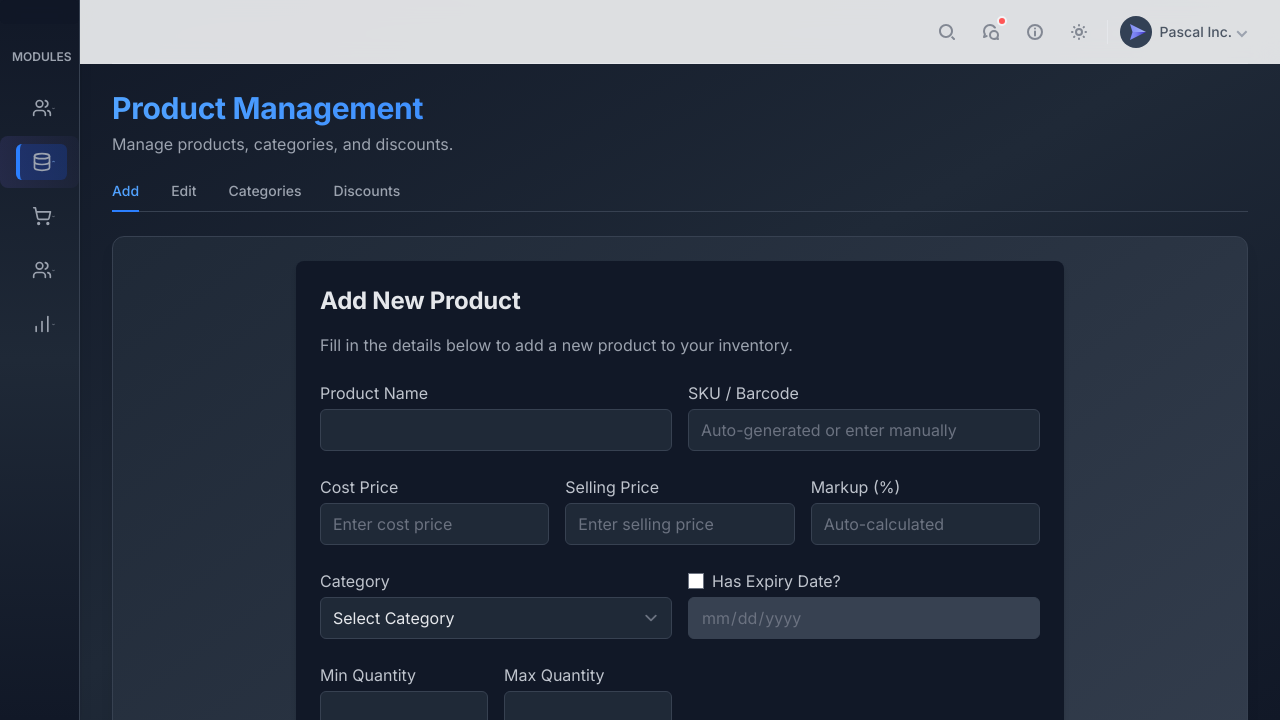
Repository: chykesure/grox-supermarket
Page: /products/add
The author's editor kept a copy of each file at every save. The page is drawn from the files as they stood at one save, then again after a run of saves.
The browser window is 1280 px wide. The pictures show the whole page.
The page's requests for data from a server got no answer. An inner scrolling area shows only its first screen. The project was rebuilt for these pictures with package versions that can differ from the ones it lists, and the page was loaded fresh each time. Some packages were replaced by stand-ins written for this rebuild. No one was signed in, and anything a server would have sent is missing. Also part of the build but not shown: vite.config.js, src/components/DropdownFilter.jsx, src/lib/utils.ts, src/components/ui/calendar.jsx, src/components/ui/popover.jsx, src/components/Datepicker.jsx, src/pages/pos/Dashboard.jsx, src/pages/Menu.jsx and 62 more.

Above is the page before, as saved 2025-11-12 18:34:42.

After the next 3 saves:
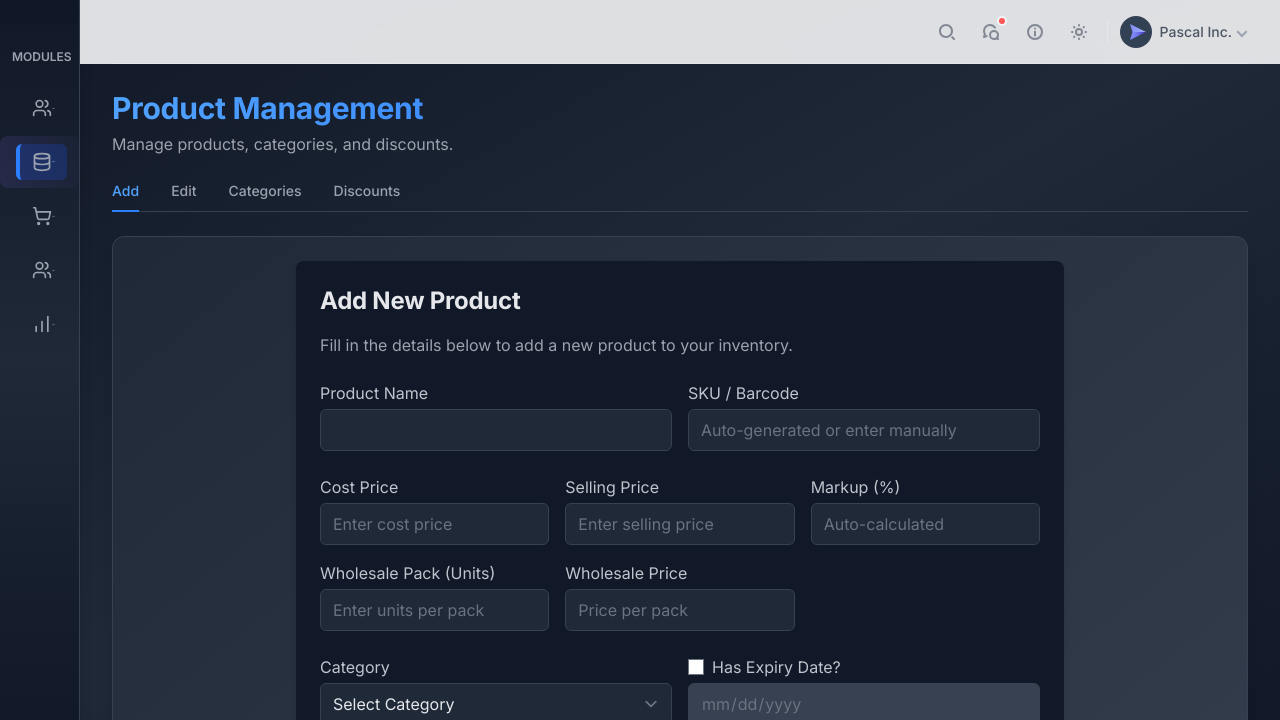
The 3 saves are shown as one change because they came seconds apart.
The last was saved 81 s later.
--- a/src/pages/pos/products/AddProduct.jsx
+++ b/src/pages/pos/products/AddProduct.jsx
@@ -202,6 +202,28 @@ function AddProduct() {
               className="w-full px-3 py-2 rounded-md bg-gray-800 border border-gray-700 cursor-not-allowed text-gray-400"
             />
           </div>
+          <div>
+            <label className="block mb-1 text-gray-300">Wholesale Pack (Units)</label>
+            <input
+              type="number"
+              name="wholesalePack"
+              value={product.wholesalePack}
+              onChange={handleChange}
+              placeholder="Enter units per pack"
+              className="w-full px-3 py-2 rounded-md bg-gray-800 border border-gray-700"
+            />
+          </div>
+          <div>
+            <label className="block mb-1 text-gray-300">Wholesale Price</label>
+            <input
+              type="number"
+              name="wholesalePrice"
+              value={product.wholesalePrice}
+              onChange={handleChange}
+              placeholder="Price per pack"
+              className="w-full px-3 py-2 rounded-md bg-gray-800 border border-gray-700"
+            />
+          </div>
         </div>
 
         {/* Row 3: Category + Expiry */}
@@ -244,11 +266,10 @@ function AddProduct() {
               value={product.expiryDate}
               onChange={handleChange}
               disabled={!hasExpiry}
-              className={`w-full px-3 py-2 rounded-md border border-gray-700 ${
-                hasExpiry
+              className={`w-full px-3 py-2 rounded-md border border-gray-700 ${hasExpiry
                   ? "bg-gray-800 text-gray-200"
                   : "bg-gray-700 text-gray-500 cursor-not-allowed"
-              }`}
+                }`}
             />
           </div>
         </div>
@@ -309,11 +330,10 @@ function AddProduct() {
           <button
             type="submit"
             disabled={isSubmitting}
-            className={`w-full md:w-auto px-6 py-2 rounded-md text-white transition ${
-              isSubmitting
+            className={`w-full md:w-auto px-6 py-2 rounded-md text-white transition ${isSubmitting
                 ? "bg-gray-600 cursor-not-allowed"
                 : "bg-blue-600 hover:bg-blue-500"
-            }`}
+              }`}
           >
             {isSubmitting ? "Adding Product..." : "Add Product"}
           </button>
